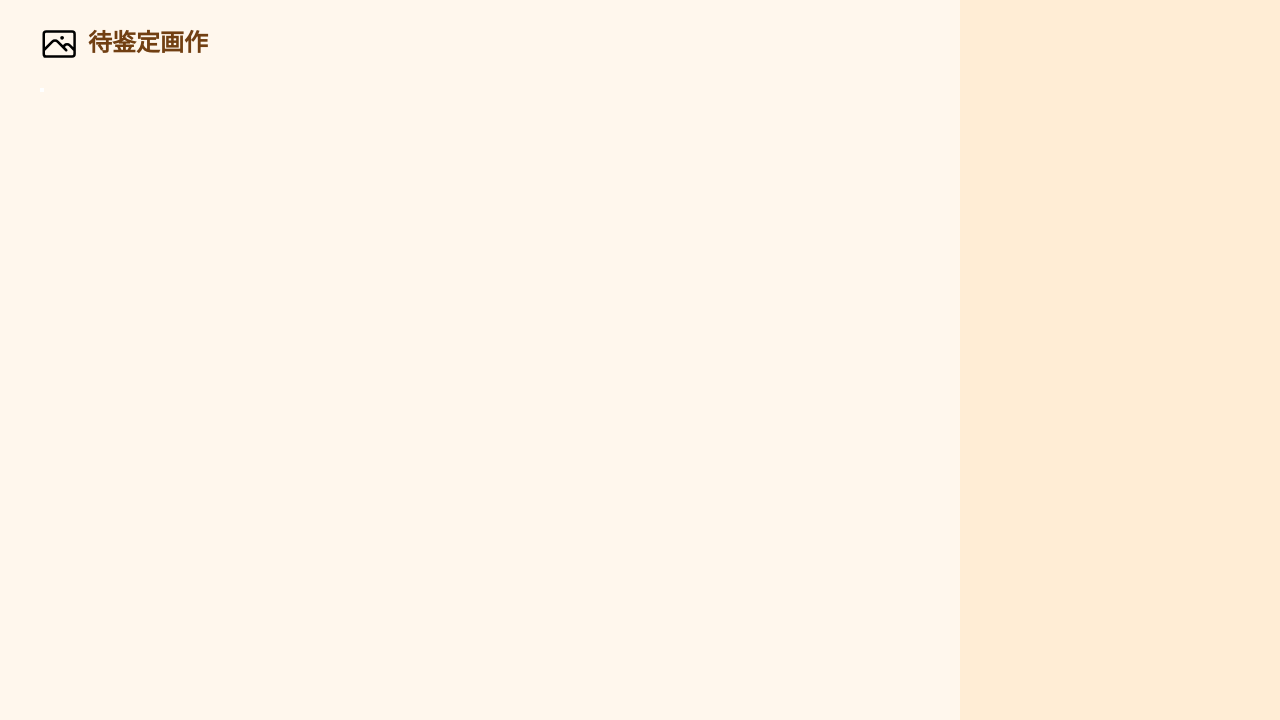
Repository: gaosth/Eyesee
Page: /dtail
The author's editor kept a copy of each file at every save. The page is drawn from the files as they stood at one save, then again after a run of saves.
The browser window is 1280 px wide. The pictures show the whole page.
The project was rebuilt for these pictures with package versions that can differ from the ones it lists, and the page was loaded fresh each time. Also part of the build but not shown: vite.config.js, src/components/WelcomeItem.vue, src/components/icons/IconDocumentation.vue, src/components/icons/IconTooling.vue, src/components/icons/IconEcosystem.vue, src/components/icons/IconCommunity.vue, src/components/icons/IconSupport.vue, src/components/TheWelcome.vue and 5 more.

Above is the page before, as saved 2024-03-15 11:55:19.

After the next 2 saves:
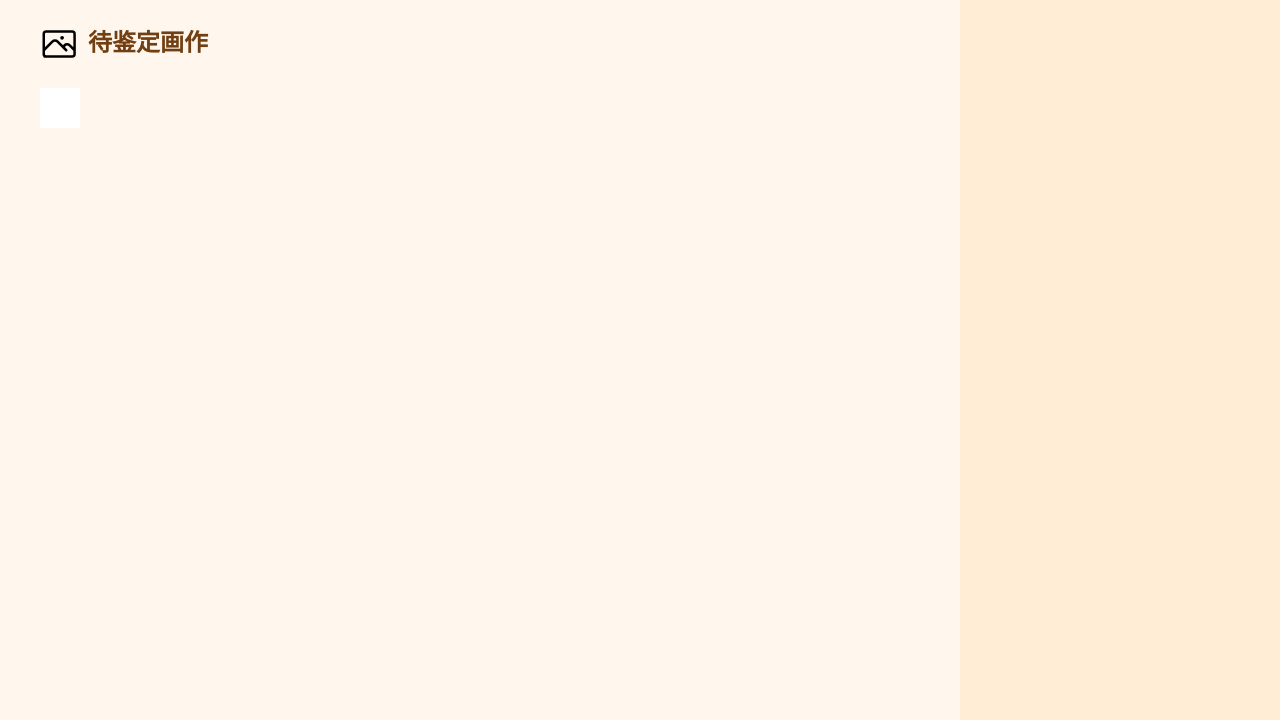
The 2 saves are shown as one change because they came seconds apart.
The last was saved 7 s later.
--- a/src/views/DetailView.vue
+++ b/src/views/DetailView.vue
@@ -12,7 +12,7 @@
                 </div>
             </div>
             <div class = "mx-10 my-6">
-                <div class = "h-1 w-1 bg-white">
+                <div class = "h-10 w-10 bg-white">
 
                 </div>
             </div>

After the save that followed:
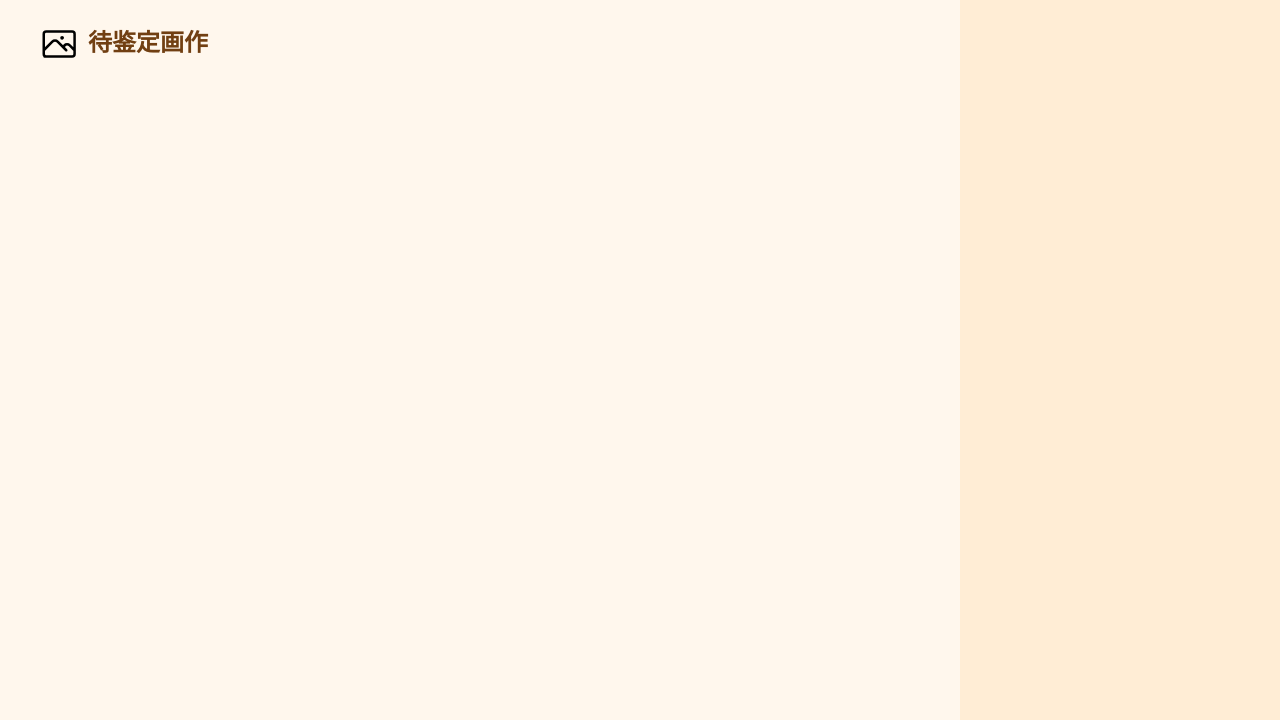
Saved 30 s later.
--- a/src/views/DetailView.vue
+++ b/src/views/DetailView.vue
@@ -12,7 +12,7 @@
                 </div>
             </div>
             <div class = "mx-10 my-6">
-                <div class = "h-10 w-10 bg-white">
+                <div class = "h-100 w-10 bg-white">
 
                 </div>
             </div>
